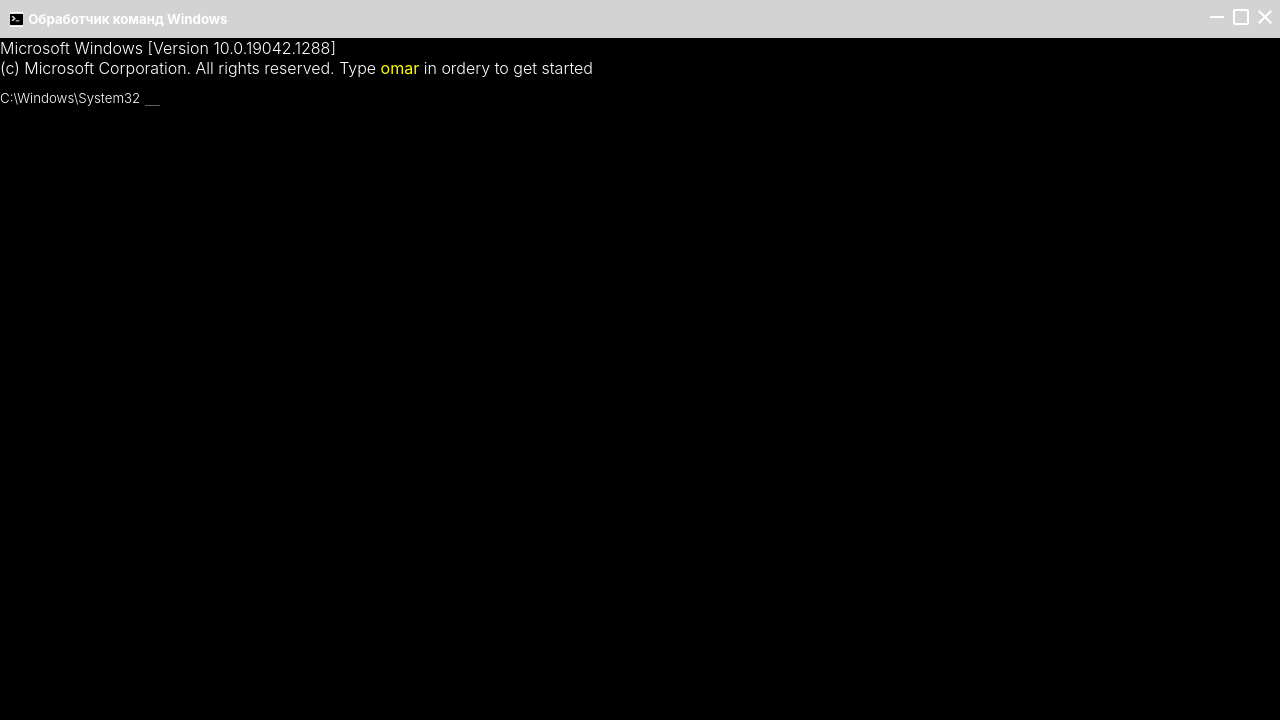
Repository: om1ars/cmd-port
Page: /, after clicking the first element matching `div.right > :nth-child(2)`
An editor plug-in stored every save of this project. The page is shown before and after the next save, followed by the edit.
The browser window is 1280 px wide. The pictures show the whole page.
The project was rebuilt for these pictures with package versions that can differ from the ones it lists, and the page was loaded fresh each time.

Above is the page before, as saved 2021-11-04 15:53:25.

After the next save:
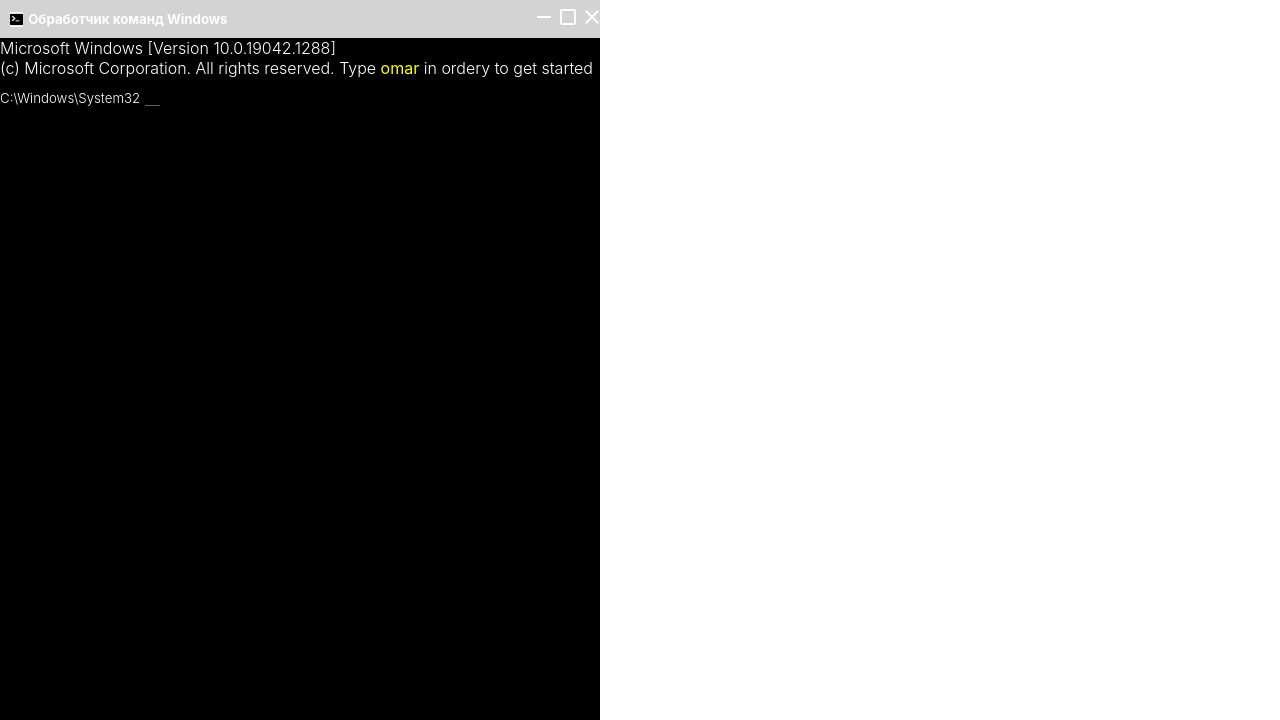
Saved 12 s later.
--- a/src/styles.css
+++ b/src/styles.css
@@ -81,6 +81,6 @@
 .second__layer > h5 {
   margin-top: 25px;
 }
-.App__shrink {
+.shrink {
   width: 600px;
 }
